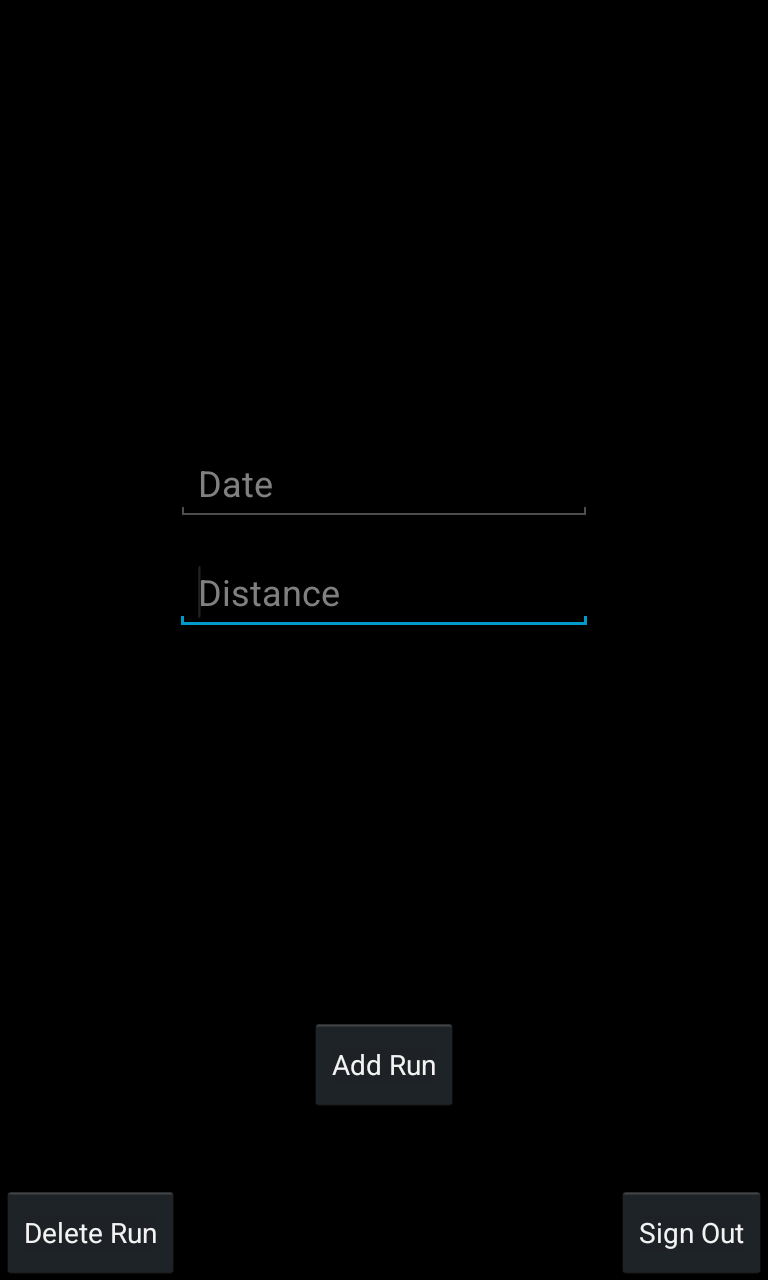
Repository: arianaantonio/CPMD
Layout: ContactsAppAndroid/res/layout/contacts_layout.xml
The author's editor kept a copy of each file at every save. The layout is drawn from the files as they stood at one save, then again after the next save.
It is drawn on a 768 x 1280 px phone screen (xhdpi) without system bars, with theme android:Theme.Holo; the app's code is not run. Lists and similar views that code fills are empty.

Above is the layout before, as saved 2014-11-11 04:31:03.

### ContactsAppAndroid/res/layout/contacts_layout.xml
<?xml version="1.0" encoding="utf-8"?>
<RelativeLayout xmlns:android="http://schemas.android.com/apk/res/android"
    xmlns:tools="http://schemas.android.com/tools"
    android:layout_width="match_parent"
    android:layout_height="match_parent"
    android:orientation="vertical"
    tools:context="com.parse.starter.ContactsActivity" >

    <ListView
        android:id="@+id/listView1"
        android:paddingLeft="10dp"
        android:paddingRight="10dp"
        android:layout_width="match_parent"
        android:layout_height="200dp"
        android:layout_alignParentTop="true"
        android:layout_centerHorizontal="true"
        android:focusable="true"
        android:clickable="true"
        android:layout_marginTop="22dp" >
    </ListView>

    <Button
        android:id="@+id/deleteButton"
        style="?android:attr/buttonStyleSmall"
        android:layout_width="wrap_content"
        android:layout_height="wrap_content"
        android:layout_alignParentBottom="true"
        android:layout_alignParentLeft="true"
        android:text="@string/delete"
        android:textSize="14sp"
        android:focusable="false"
        android:clickable="false" />

    <EditText
        android:id="@+id/editText1"
        android:layout_width="wrap_content"
        android:layout_height="wrap_content"
        android:layout_below="@+id/listView1"
        android:layout_centerHorizontal="true"
        android:ems="10"
        android:hint="@string/date"
        android:inputType="date"
        android:focusable="false"
         >


    </EditText>

    <Button
        android:id="@+id/addButton"
        android:layout_width="wrap_content"
        android:layout_height="wrap_content"
        android:layout_above="@+id/deleteButton"
        android:layout_centerHorizontal="true"
        android:layout_marginBottom="36dp"
        android:text="@string/add"
        android:textSize="14sp" />

    <Button
        android:id="@+id/signoutButton"
        android:layout_width="wrap_content"
        android:layout_height="wrap_content"
        android:layout_alignParentBottom="true"
        android:layout_alignParentRight="true"
        android:text="@string/signOut"
        android:textSize="14sp" />

    <TextView
        android:id="@+id/usernameField"
        android:layout_width="wrap_content"
        android:layout_height="wrap_content"
        android:layout_alignBaseline="@+id/signoutButton"
        android:layout_alignBottom="@+id/signoutButton"
        android:layout_alignLeft="@+id/addButton"
        android:layout_alignRight="@+id/addButton"
        android:gravity="center"
        android:text=""
        android:textSize="12sp" />

    <EditText
        android:id="@+id/editText2"
        android:layout_width="wrap_content"
        android:layout_height="wrap_content"
        android:layout_alignLeft="@+id/editText1"
        android:layout_below="@+id/editText1"
        android:layout_marginTop="15dp"
        android:ems="10"
        android:hint="@string/distance"
        android:inputType="numberDecimal"
         android:focusable="false" >

        <requestFocus />
    </EditText>

</RelativeLayout>

### ContactsAppAndroid/res/values/strings.xml
<?xml version="1.0" encoding="utf-8"?>
<resources>
    <string name="hello">Hello World, ParseStarterProjectActivity!</string>
    <string name="app_name">Run Log</string>
    <string name="login">Log In</string>
    <string name="signup">Sign Up</string>
    <string name="skip">Skip</string>
    <string name="username">username</string>
    <string name="password">password</string>
    <string name="newUsername">Create Username</string>
    <string name="newPassword">Create Password</string>
    <string name="contacts">Runs</string>
    <string name="date">Date</string>
    <string name="distance">Distance</string>
    <string name="add">Add Run</string>
    <string name="delete">Delete Run</string>
    <string name="signOut">Sign Out</string>

</resources>

After the next save:
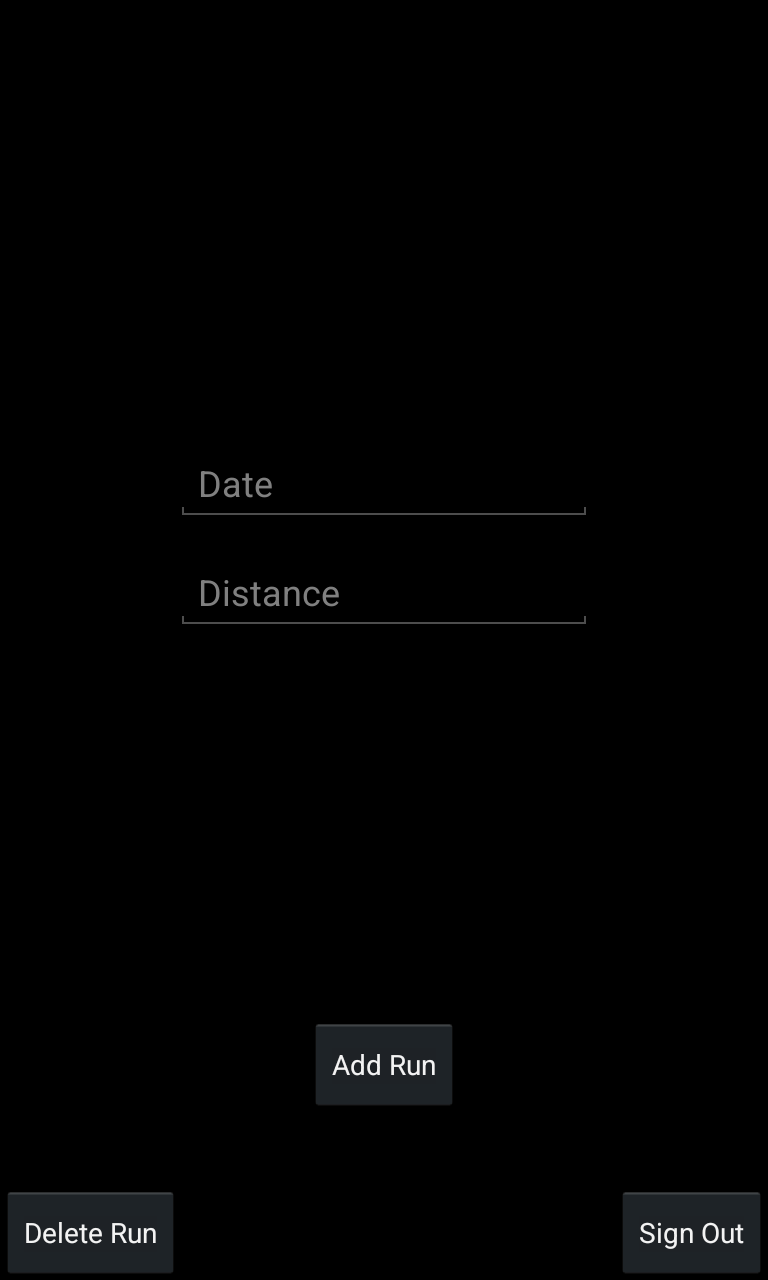
Saved 56 s later.
--- a/ContactsAppAndroid/res/layout/contacts_layout.xml
+++ b/ContactsAppAndroid/res/layout/contacts_layout.xml
@@ -27,9 +27,7 @@
         android:layout_alignParentBottom="true"
         android:layout_alignParentLeft="true"
         android:text="@string/delete"
-        android:textSize="14sp"
-        android:focusable="false"
-        android:clickable="false" />
+        android:textSize="14sp" />
 
     <EditText
         android:id="@+id/editText1"
@@ -39,9 +37,7 @@
         android:layout_centerHorizontal="true"
         android:ems="10"
         android:hint="@string/date"
-        android:inputType="date"
-        android:focusable="false"
-         >
+        android:inputType="date">
 
 
     </EditText>
@@ -86,10 +82,8 @@
         android:layout_marginTop="15dp"
         android:ems="10"
         android:hint="@string/distance"
-        android:inputType="numberDecimal"
-         android:focusable="false" >
+        android:inputType="numberDecimal" >
 
-        <requestFocus />
     </EditText>
 
 </RelativeLayout>
